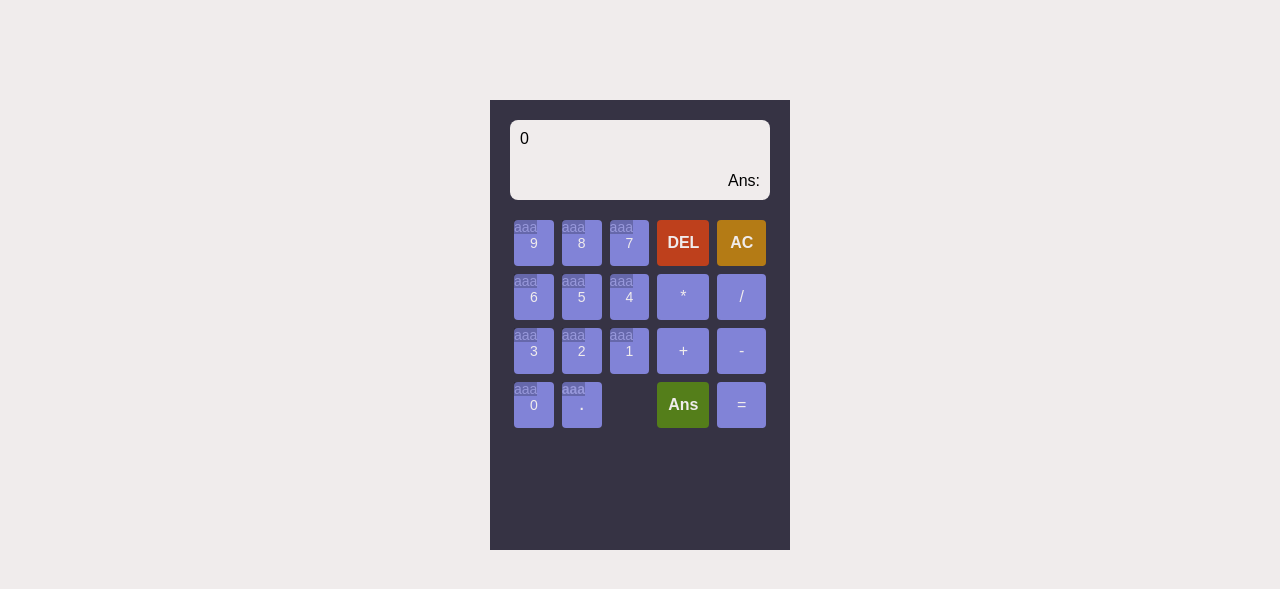
Repository: Bishek666/simple-calculator
Page: /
These files come from the project's save history. The page is drawn as it stood at one moment and after the next save; the edit follows.
The browser window is 1280 px wide. The pictures show the whole page.
The project was rebuilt for these pictures with package versions that can differ from the ones it lists, and the page was loaded fresh each time.

Above is the page before, as saved 2021-10-26 17:35:08.

After the next save:
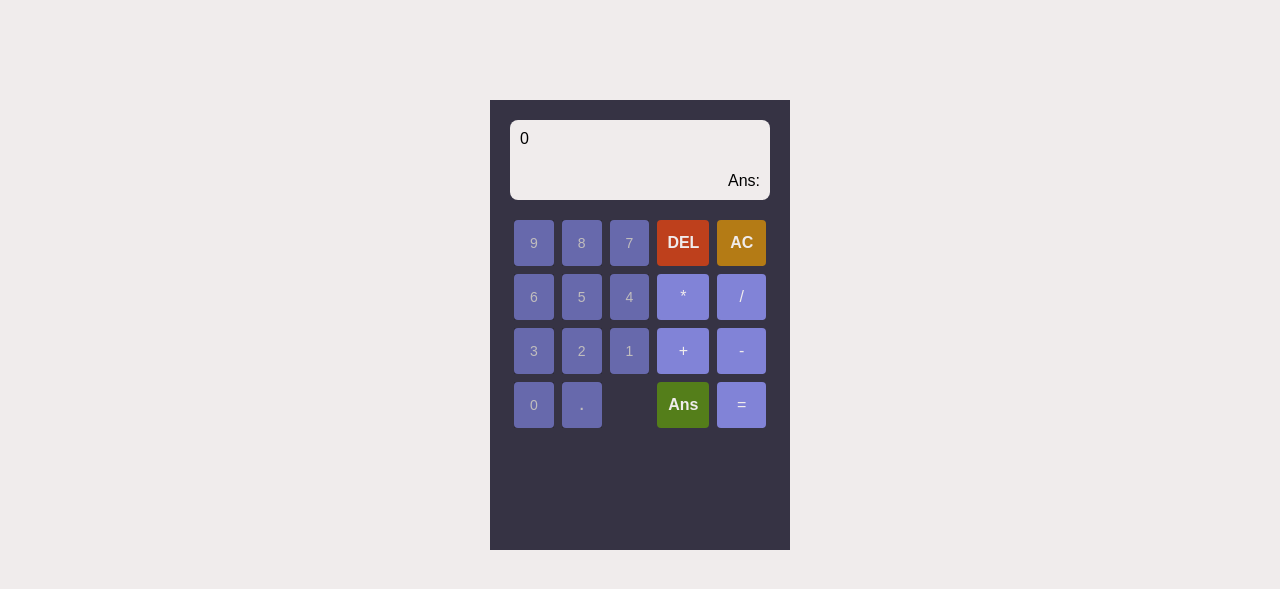
Saved 13 s later.
--- a/src/index.css
+++ b/src/index.css
@@ -81,9 +81,11 @@ button {
 }
 .digits button::before {
     position: absolute;
-    content: 'aaa';
+    content: '';
     top: 0;
     left: 0;
+    width: 100%;
+    height: 100%;
     background-color: black;
     opacity: 0.2;
 }
